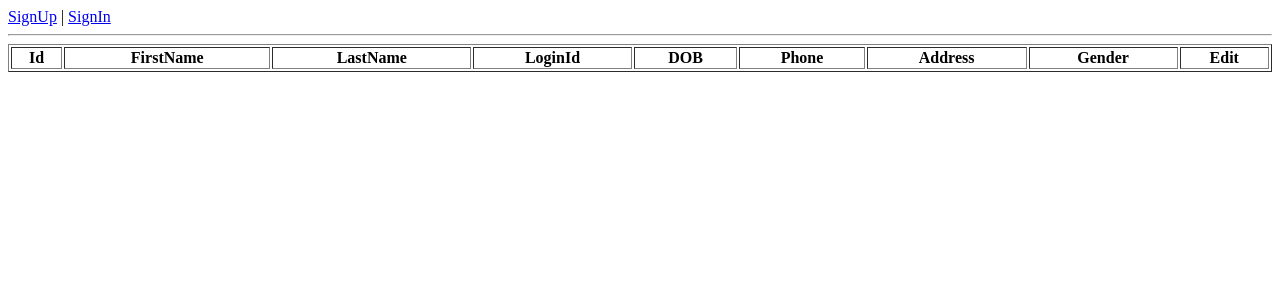
Repository: aryan190504/Advance-java
Page: http://localhost/DynamicWebProject/UserListCtl
An editor plug-in stored every save of this project. The page is shown before and after the next save, followed by the edit.
The browser window is 1280 px wide. The pictures show the whole page.
The page is served by Tomcat 9. Queries for data that is not in the repository find no rows.

Above is the page before, as saved 2024-09-13 12:49:15.

After the next save:
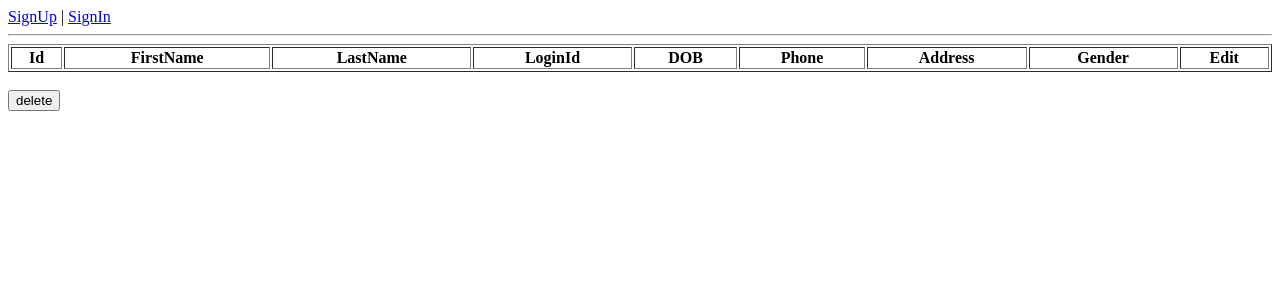
Saved 2 min 19 s later.
--- a/Dynamicadvance/DynamicWebProject/WebContent/UserListView.jsp
+++ b/Dynamicadvance/DynamicWebProject/WebContent/UserListView.jsp
@@ -10,7 +10,7 @@
 <title>Insert title here</title>
 </head>
 <body>
-<%@ include file="Header.jsp"%>
+	<%@ include file="Header.jsp"%>
 	<form action="UserListCtl" method="post">
 
 		<%
@@ -39,7 +39,7 @@
 					UserBean bean = (UserBean) it.next();
 			%>
 			<tr align="center">
-			     <td><input type="checkbox" name="ids" values<%=bean.getId()%>"></td>
+				<td><input type="checkbox" name="ids" values<%=bean.getId()%>"></td>
 				<td><%=bean.getId()%></td>
 				<td><%=bean.getFirstName()%></td>
 				<td><%=bean.getLastName()%></td>
@@ -53,6 +53,12 @@
 			<%
 				}
 			%>
+		</table>
+		<br>
+		<tr>
+			<th><input type="submit" name="operation" value="delete"></th>
+		</tr>
+
 
 	</form>
 </body>
